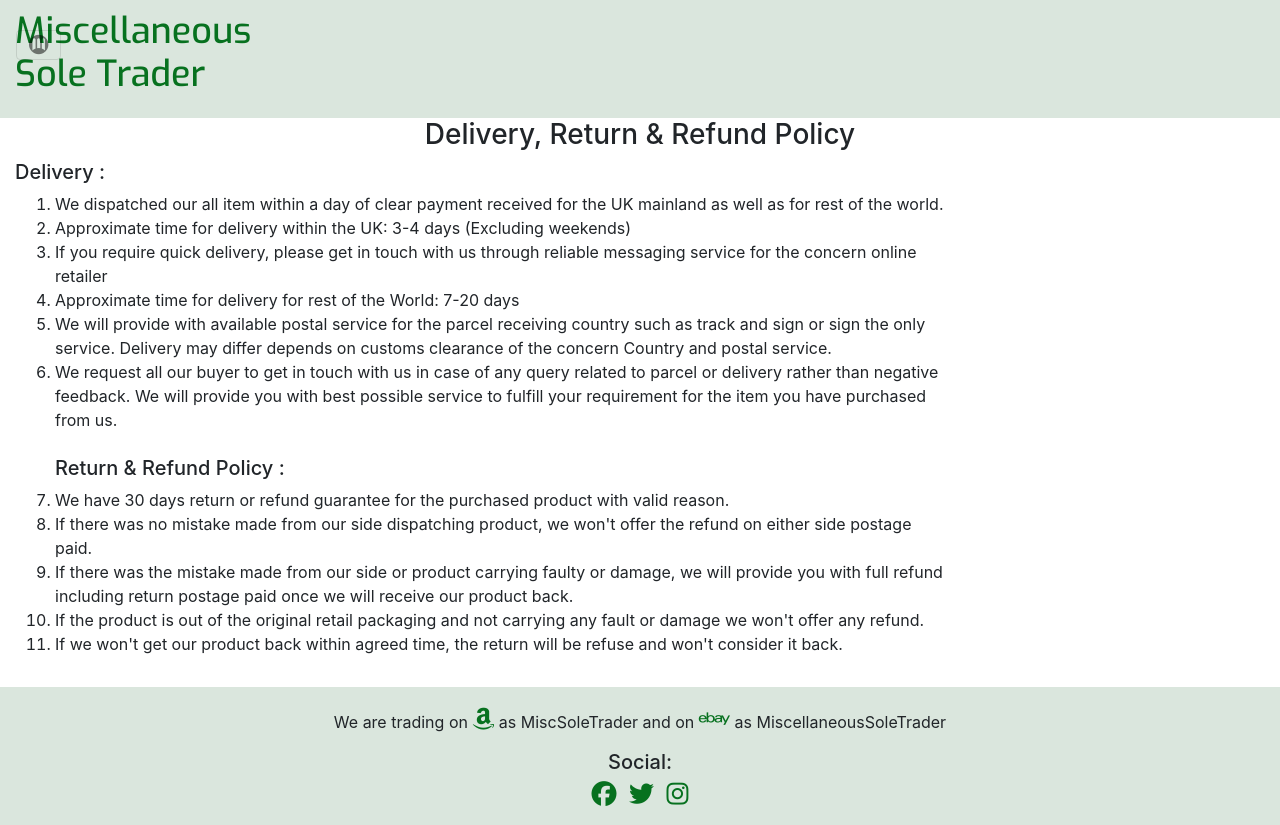
Repository: Code-Institute-Submissions/MilestoneProjectMST
Page: delretref.html
The author's editor kept a record of every edit. The page is drawn from the files as they stood at one moment, then again after the next edit.
The browser window is 1280 px wide. The pictures show the whole page.
Some web libraries are served in a nearby version.

Above is the page before.
Console error: TypeError: Cannot read properties of undefined (reading 'fn')

### delretref.html
<!DOCTYPE html>
<html lang="en">

<head>
    <meta charset="UTF-8">
    <meta name="viewport" content="width=device-width, initial-scale=1.0">
    <meta http-equiv="X-UA-Compatible" content="ie=edge">
    <link rel="stylesheet" href="support/style.css" type="text/css" />
    <link rel="stylesheet" href="https://stackpath.bootstrapcdn.com/bootstrap/4.3.1/css/bootstrap.min.css" integrity="sha384-ggOyR0iXCbMQv3Xipma34MD+dH/1fQ784/j6cY/iJTQUOhcWr7x9JvoRxT2MZw1T" crossorigin="anonymous">
    <script src="https://stackpath.bootstrapcdn.com/bootstrap/4.3.1/js/bootstrap.min.js" integrity="sha384-JjSmVgyd0p3pXB1rRibZUAYoIIy6OrQ6VrjIEaFf/nJGzIxFDsf4x0xIM+B07jRM" crossorigin="anonymous"></script>
    <script src="https://kit.fontawesome.com/011e87d520.js"></script>
    <link rel="stylesheet" href="https://cdnjs.cloudflare.com/ajax/libs/hover.css/2.3.1/css/hover-min.css" type="text/css" />
    <title>MiscSoleTrader</title>
</head>

<body>
    <header class="header-background navalert-container">
        <div class="row no-gutters">
            <a href="index.html" class="col">
                <h1 class="hdr-title-color">Miscellaneous<br> Sole Trader</h1>
            </a>
            <div>
                <nav class="navbar navbar-light nav-background fixed-top">
                    <button class="navbar-toggler" type="button" data-toggle="collapse" data-target="#navbarSupportedContent" aria-controls="navbarSupportedContent" aria-expanded="false" aria-label="Toggle navigation">
                        <i class="fab fa-mizuni"></i>
                    </button>
                    <div class="collapse navbar-collapse" id="navbarSupportedContent">
                        <ul class="nav navbar-nav">
                            <li class="nav-item active mr-2">
                                <a class="nav-link" href="index.html">Products<span class="sr-only">(current)</span></a>
                            </li>
                            <li class="nav-item mr-2">
                                <a class="nav-link" href="about.html">About Us</a>
                            </li>
                            <li class="nav-item mr-2">
                                <a class="nav-link" href="contact.html">Contact Us</a>
                            </li>
                            <li class="nav-item mr-2">
                                <a class="nav-link" href="delretref.html" title="Return & Refund">R & R</a>
                            </li>
                        </ul>
                        <!--<form class="form-inline d-none d-lg-block my-2 my-lg-0">-->
                        <!--    <input class="form-control mr-sm-2" type="search" placeholder="Search" aria-label="Search">-->
                        <!--    <button class="btn btn-outline-success my-2 my-sm-0" type="submit">Search</button>-->
                        <!--</form>-->
                    </div>
                </nav>
            </div>
        </div>
    </header>

    <section class="main-background container-fluid" id="container">
        <div class="row" id="main">
            <div class="col delretref-heading text-center">
                <h3 class="uppercase">Delivery, Return & Refund Policy</h3>
            </div>
        </div>
        <div class="row no-gutter" id="main">
            <!--<div class="col-xl-3">-->

            <!--</div>-->
            <div class="col-xl-9 delretref-text">
                <h5 class="delretref-caption">Delivery : </h5>
                <ol>
                    <li>We dispatched our all item within a day of clear payment received for the UK mainland as well as for rest of the world.</li>
                    <li>Approximate time for delivery within the UK: 3-4 days (Excluding weekends)</li>
                    <li>If you require quick delivery, please get in touch with us through reliable messaging service for the concern online retailer</li>
                    <li>Approximate time for delivery for rest of the World: 7-20 days</li>
                    <li>We will provide with available postal service for the parcel receiving country such as track and sign or sign the only service. Delivery may differ depends on customs clearance of the concern Country and postal service.</li>
                    <li>We request all our buyer to get in touch with us in case of any query related to parcel or delivery rather than negative feedback. We will provide you with best possible service to fulfill your requirement for the item you have purchased
                        from us.</li>
                <!--</ol>-->
                <br>
                <h5 class="delretref-caption">Return & Refund Policy : </h5>
                <!--<ol>-->
                <li>We have 30 days return or refund guarantee for the purchased product with valid reason.</li>
                <li>If there was no mistake made from our side dispatching product, we won't offer the refund on either side postage paid.</li>
                <li>If there was the mistake made from our side or product carrying faulty or damage, we will provide you with full refund including return postage paid once we will receive our product back.</li>
                <li>If the product is out of the original retail packaging and not carrying any fault or damage we won't offer any refund.</li>
                <li>If we won't get our product back within agreed time, the return will be refuse and won't consider it back.</li>
                </ol>
            </div>

            <!--<div class="col-xl-3">-->

            <!--</div>-->

        </div>

    </section>
    <footer class="fixed-footer container-fluid footer-container">
        <div id="footer-details" class="row footer-text">
            <div class="col-sm col-md col-lg">
                <p class="inline-block">
                    We are trading on <i class="fab fa-amazon"></i> as MiscSoleTrader and on <i class="fab fa-ebay"></i> as MiscellaneousSoleTrader
                </p>
                <!--</div>-->

                <!--<div class="col-sm-6 col-md-6">-->
                <h5 class="uppercase general-sub">Social: </h5>
                <ul class="list-inline social-links">
                    <li class="list-inline-item">
                        <a target="_blank" href="#" title="Miscellaneous Sole Trader">
                            <i class="fab fa-facebook" aria-hidden="true"></i>
                            <span class="sr-only">Facebook</span>
                        </a>
                    </li>
                    <li class="list-inline-item">
                        <a target="_blank" href="#">
                            <i class="fab fa-twitter" aria-hidden="true"></i>
                            <span class="sr-only">Twitter</span>
                        </a>
                    </li>
                    <li class="list-inline-item">
                        <a target="_blank" href="#" title="misc_sole_trade">
                            <i class="fab fa-instagram" aria-hidden="true"></i>
                            <span class="sr-only">Instagram</span>
                        </a>
                    </li>
                </ul>
            </div>
        </div>
    </footer>
    <script src="https://code.jquery.com/jquery-3.3.1.slim.min.js " integrity="sha384-q8i/X+965DzO0rT7abK41JStQIAqVgRVzpbzo5smXKp4YfRvH+8abtTE1Pi6jizo " crossorigin="anonymous "></script>
    <script src="https://cdnjs.cloudflare.com/ajax/libs/popper.js/1.14.7/umd/popper.min.js " integrity="sha384-UO2eT0CpHqdSJQ6hJty5KVphtPhzWj9WO1clHTMGa3JDZwrnQq4sF86dIHNDz0W1 " crossorigin="anonymous "></script>
    <script src="https://stackpath.bootstrapcdn.com/bootstrap/4.3.1/js/bootstrap.min.js " integrity="sha384-JjSmVgyd0p3pXB1rRibZUAYoIIy6OrQ6VrjIEaFf/nJGzIxFDsf4x0xIM+B07jRM " crossorigin="anonymous "></script>
</body>

</html>

### support/style.css
@import url('https://fonts.googleapis.com/css?family=Roboto:100,200,300,400,500,600,700|Exo:100,200,300,400,500,600,700|Abel:100,200,300,400,500,600,700');

/*--------------------------------------------------------------------------Header--*/

/*--------------------------------------------------Title--*/

header {
    margin: 0;
}

.hdr-title-color {
    font-family: "Exo",sans-serif;
    font-size: 36px;
    color: #07711f;
    /*background-color: #dae6dd;*/
    text-align: left;
    width: 100%;
    min-height: 90px;
    padding-left: 5px;
    text-decoration: none;
    /*padding-top: 5px;*/
}

.nav-background {
    min-height: 90px;
}

.header-background {
    background-color: #dae6dd;
    padding: 10px;
}

.navbar {
    align-items: right;
}

/*--------------------------------------------------------------------------Footer--*/

.footer-text {
    text-align: center;
    background-color: #dae6dd;
    margin-top: 15px;
    padding-top: 20px;
}

.footer-text i {
    color: #07711f;
    font-size: 25px;
    /*margin-top: 15px;*/
    /*padding-top: 20px;*/
}

/*--------------------------------------------------------------------Media Query--*/

@media (min-width: 920px)
.navbar-expand-md .navbar-nav {
    display: flex;
    flex-direction: column ;
}

After the next edit:
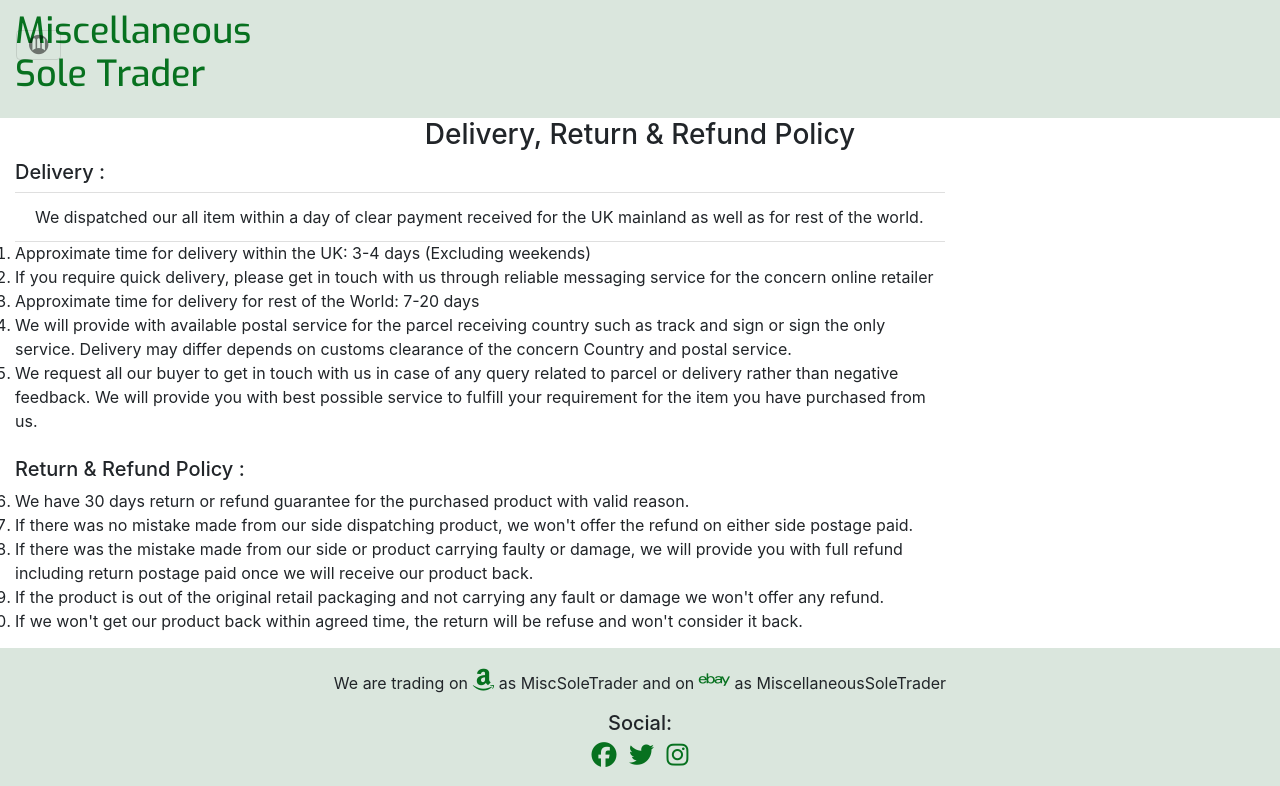
The edit:
--- a/delretref.html
+++ b/delretref.html
@@ -61,8 +61,8 @@
             <!--</div>-->
             <div class="col-xl-9 delretref-text">
                 <h5 class="delretref-caption">Delivery : </h5>
-                <ol>
-                    <li>We dispatched our all item within a day of clear payment received for the UK mainland as well as for rest of the world.</li>
+                <ol class="list-group list-group-flush">
+                    <li class="list-group-item">We dispatched our all item within a day of clear payment received for the UK mainland as well as for rest of the world.</li>
                     <li>Approximate time for delivery within the UK: 3-4 days (Excluding weekends)</li>
                     <li>If you require quick delivery, please get in touch with us through reliable messaging service for the concern online retailer</li>
                     <li>Approximate time for delivery for rest of the World: 7-20 days</li>
